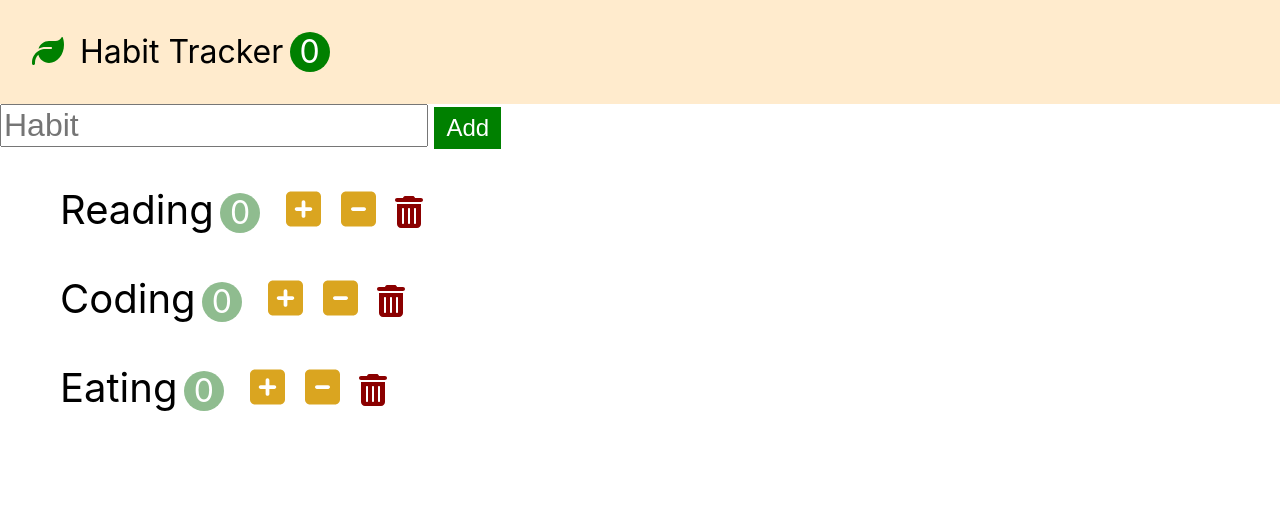
Repository: parkhyeonki/habit_tracker
Page: /
These files come from the project's save history. The page is drawn as it stood at one moment and after a run of saves; the edit follows.
The browser window is 1280 px wide. The pictures show the whole page.
The project was rebuilt for these pictures with package versions that can differ from the ones it lists, and the page was loaded fresh each time.

Above is the page before, as saved 2022-02-28 14:29:02.

### src/app.jsx
import { useCallback, useState } from "react";
import "./app.css";
import HabitAddForm from "./components/habitAddForm";
import Habits from "./components/habits.jsx";
import Navbar from "./components/navbar";

function App() {
  const [habits, setHabits] = useState([
    { id: 1, name: "Reading", count: 0 },
    { id: 2, name: "Coding", count: 0 },
    { id: 3, name: "Eating", count: 0 },
  ]);

  const [nextid, setNextId] = useState(4);

  const handleIncrement = useCallback((habit) => {
    setHabits((habits) =>
      habits.map((item) => {
        if (item.id === habit.id) {
          return { ...habit, count: habit.count + 1 };
        }
        return item;
      })
    );
  }, []);

  const handleDecrement = useCallback((habit) => {
    setHabits((habits) =>
      habits.map((item) => {
        if (item.id === habit.id) {
          const count = habit.count - 1;
          return { ...habit, count: count < 0 ? 0 : count };
        }
        return item;
      })
    );
  });

  const handleDelete = useCallback((habit) => {
    const filterHabit = habits.filter((item) => item.id !== habit.id);
    setHabits(filterHabit);
  });

  const handleReset = () => {
    setHabits((habits) =>
      habits.map((habit) => {
        if (habit.count !== 0) {
          return { ...habit, count: 0 };
        }
        return habit;
      })
    );
  };

  const handleAddForm = (habitName) => {
    setHabits((habits) => [...habits, { id: nextid, name: habitName, count: 0 }]);
    setNextId((nextid) => (nextid += 1));
  };

  return (
    <>
      <Navbar habitCount={habits.filter((item) => item.count >= 1).length} />
      <HabitAddForm onAdd={handleAddForm} />
      <Habits habits={habits} onIncrement={handleIncrement} onDecrement={handleDecrement} onDelete={handleDelete} onReset={handleReset} />
    </>
  );
}

export default App;

### src/components/habitAddForm.jsx
import React from "react";

const HabitAddForm = (props) => {
  return (
    <form>
      <input type="text" className="add-input" placeholder="Habit" />
      <button className="add-button">Add</button>
    </form>
  );
};

export default HabitAddForm;

### src/components/habits.jsx
import React from "react";
import Habit from "./habit";

const Habits = (props) => {
  return (
    <ul>
      {props.habits.map((habit) => (
        <Habit habit={habit} />
      ))}
    </ul>
  );
};

export default Habits;

### src/components/navbar.jsx
import React from "react";

const Navbar = (props) => {
  return (
    <nav className="navbar">
      <span className="navbar-logo">
        <i class="fa-solid fa-leaf"></i>
      </span>
      <span>Habit Tracker</span>
      <span className="navbar-count">0</span>
    </nav>
  );
};

export default Navbar;

### src/components/habit.jsx
import React from "react";

const Habit = (props) => {
  return (
    <li className="habit">
      <span className="habit-name">{props.habit.name}</span>
      <span className="habit-count">{props.habit.count}</span>
      <button className="habit-button habit-increase">
        <i class="fa-solid fa-square-plus"></i>
      </button>
      <button className="habit-button habit-decrease">
        <i class="fa-solid fa-square-minus"></i>
      </button>
      <button className="habit-button habit-delete">
        <i class="fa-solid fa-trash-can"></i>
      </button>
    </li>
  );
};

export default Habit;

Loaded but not shown: public/index.html (common file); src/index.js (common file); src/index.css (common file); src/App.css (common file)

After the next 2 saves:
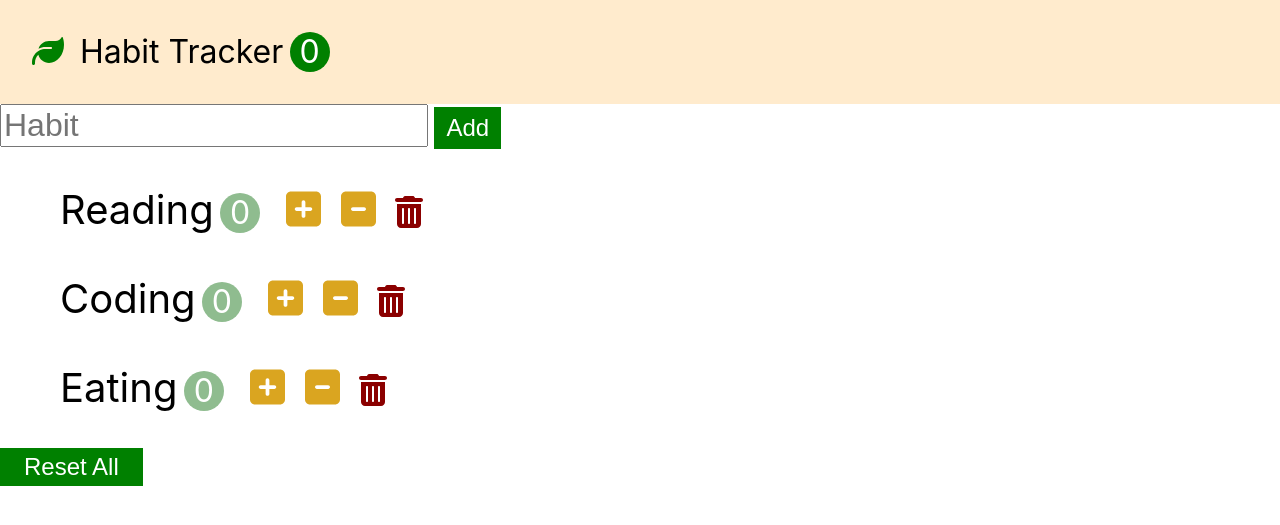
The 2 saves are shown as one change because 1 did not build or start.
The last was saved 42 s later.
--- a/src/components/habits.jsx
+++ b/src/components/habits.jsx
@@ -3,11 +3,14 @@ import Habit from "./habit";
 
 const Habits = (props) => {
   return (
-    <ul>
-      {props.habits.map((habit) => (
-        <Habit habit={habit} />
-      ))}
-    </ul>
+    <>
+      <ul>
+        {props.habits.map((habit) => (
+          <Habit habit={habit} />
+        ))}
+      </ul>
+      <button className="habits-reset">Reset All</button>
+    </>
   );
 };
 
